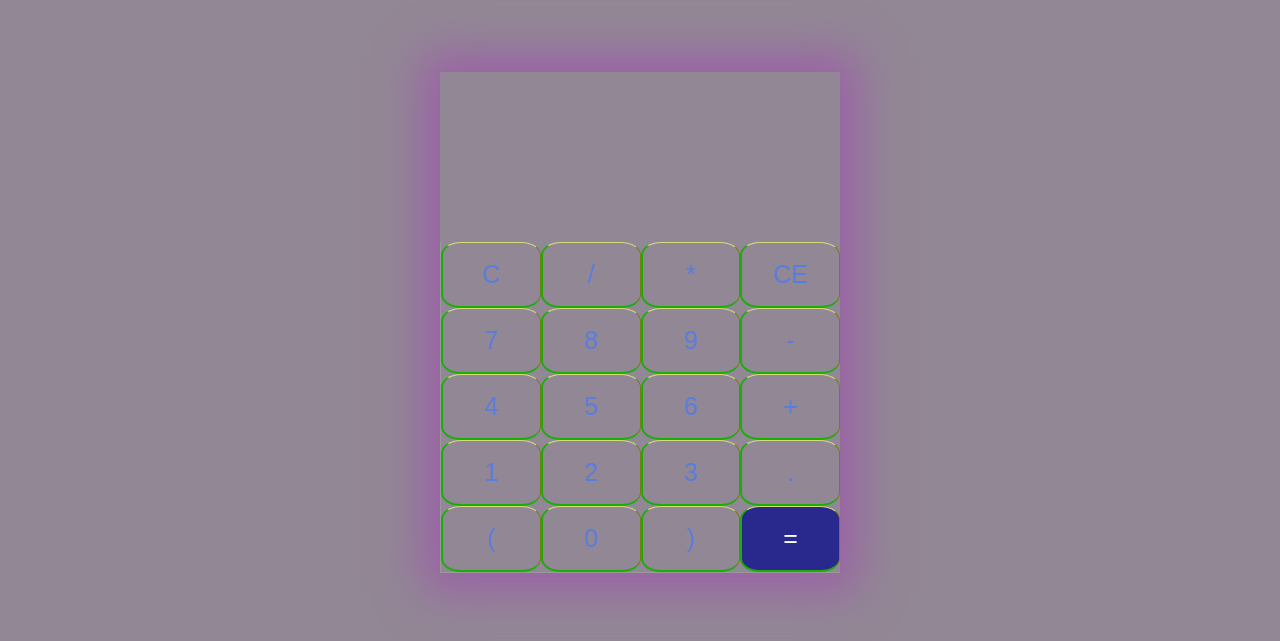
Repository: LuisMiLR/Calculatrice-with-JS---HTML---CSS-
Page: index.html
These files come from the project's save history. The page is drawn as it stood at one moment and after the next save; the edit follows.
The browser window is 1280 px wide. The pictures show the whole page.

Above is the page before, as saved 2023-03-20 21:39:35.

After the next save:
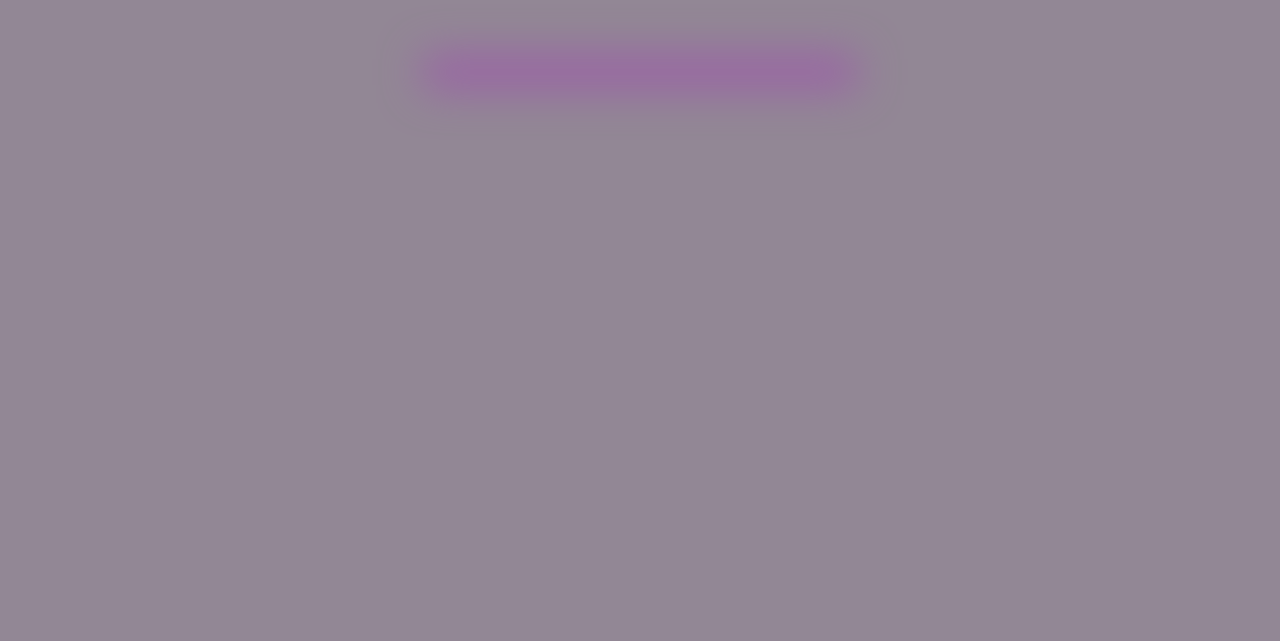
Console error: SyntaxError: Unexpected end of input
Saved 28 min 45 s later.
--- a/app.js
+++ b/app.js
@@ -1,4 +1,4 @@
-//document.addEventListener('DOMContentLoaded', () => {
+document.addEventListener('DOMContentLoaded', () => {
 const container = document.querySelector('.container');
 
 const divId = document.createElement("div");

After the 3 saves that followed:
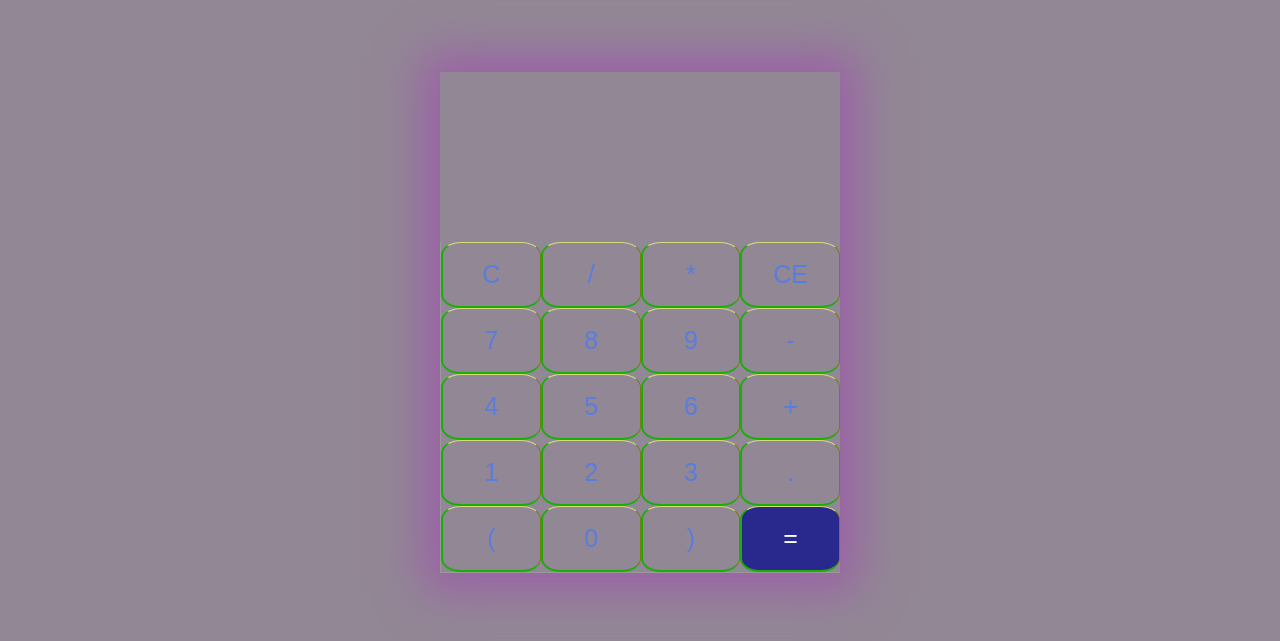
The error is gone.
The 3 saves are shown as one change because 2 left the picture as it was.
The last was saved 74 s later.
--- a/app.js
+++ b/app.js
@@ -1,4 +1,4 @@
-document.addEventListener('DOMContentLoaded', () => {
+//document.addEventListener('DOMContentLoaded', () => {
 const container = document.querySelector('.container');
 
 const divId = document.createElement("div");
